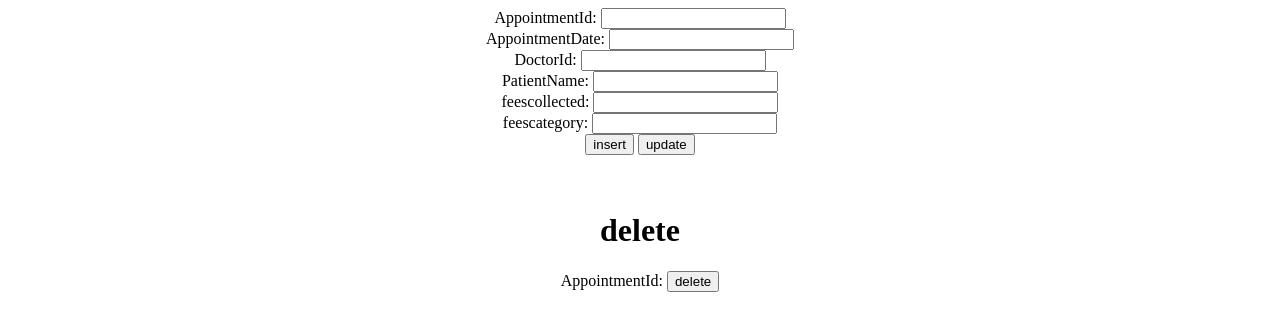
Repository: poobalan5397/corejava
Page: firstWebsite/src/main/webapp/appoints.html
An editor plug-in stored every save of this project. The page is shown before and after the next save, followed by the edit.
The browser window is 1280 px wide. The pictures show the whole page.

Above is the page before, as saved 2022-05-23 18:59:28.

### firstWebsite/src/main/webapp/appoints.html
<!DOCTYPE html>
<html>
<head>
<meta charset="ISO-8859-1">
<title>appoints</title>
</head>
<body>
<form action="Appoint" method="post">
<center>
AppointmentId: <input type='text' name='aid'>
<div>
</div>
AppointmentDate: <input type='text' name='date'>
<div>
</div>
DoctorId: <input type='text' name='did'>
<div>
</div>
PatientName: <input type='tex't name='patientName'>
<div>
</div>
feescollected: <input type='text' name='fees'>
<div>
</div>
feescategory: <input type='text' name='catagery'>
<div>
</div>
<input type="submit" value='insert' name='submit'>
<input type="submit" value='update' name='submit'>
<br>
<br>
<br>
<h1>delete</h1>
AppointmentId: <input type="submit" value=delete name='submit'>

</center>
</form>
</body>
</html>

After the next save:
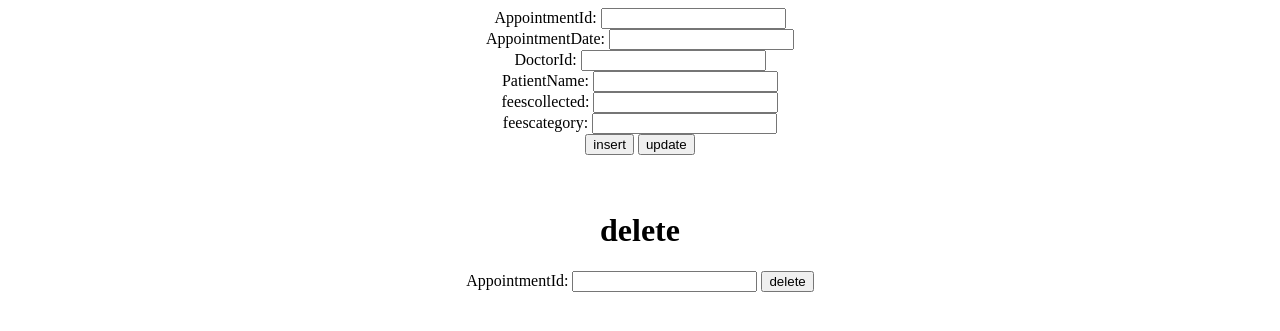
Saved 104 s later.
--- a/firstWebsite/src/main/webapp/appoints.html
+++ b/firstWebsite/src/main/webapp/appoints.html
@@ -31,7 +31,8 @@ feescategory: <input type='text' name='catagery'>
 <br>
 <br>
 <h1>delete</h1>
-AppointmentId: <input type="submit" value=delete name='submit'>
+AppointmentId: <input type='text' name='aid'>
+ <input type="submit" value=delete name='submit'>
 
 </center>
 </form>
